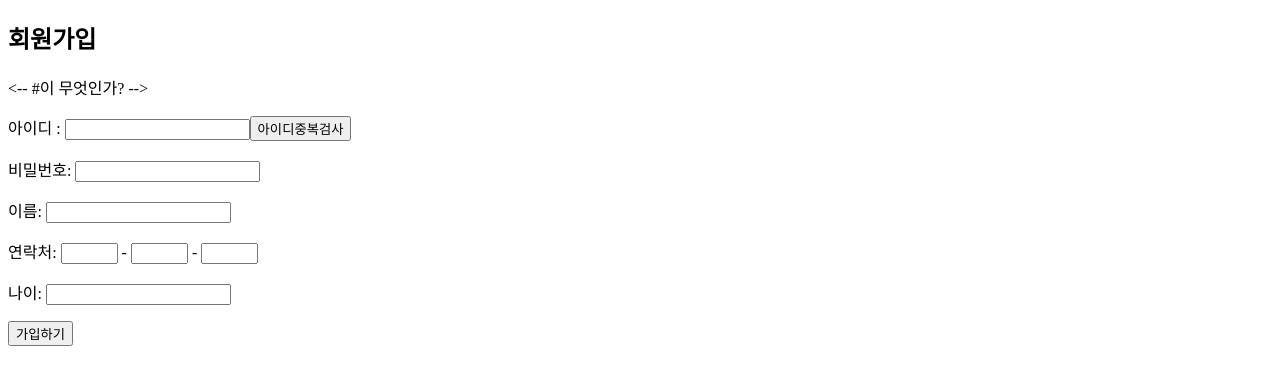
Repository: JaeYoon0935/lcom-servlet-jsp
Page: http://localhost/lcomputerstudy/newjoin.jsp
An editor plug-in stored every save of this project. The page is shown before and after the next save, followed by the edit.
The browser window is 1280 px wide. The pictures show the whole page.
The page is served by Tomcat 9.

Above is the page before, as saved 2020-09-17 13:07:47.

After the next save:
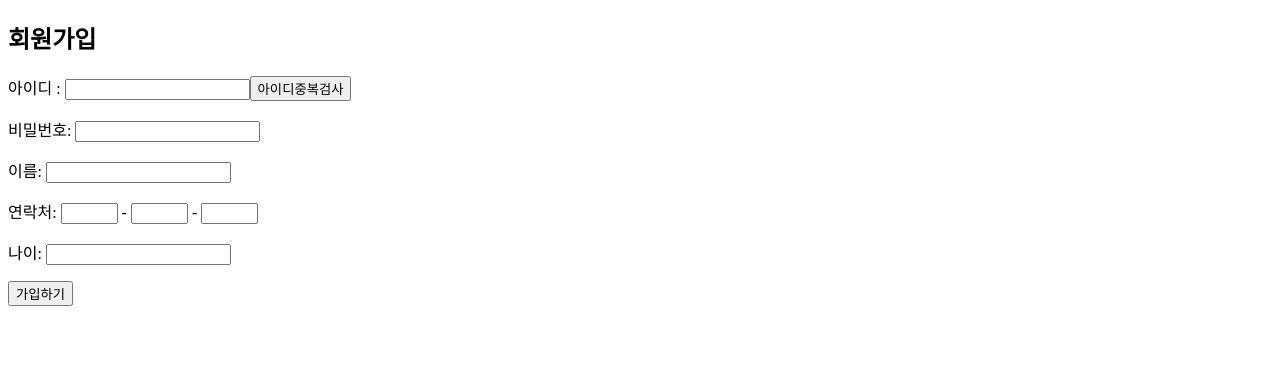
Saved 20 s later.
--- a/lcomputerstudy/WebContent/newjoin.jsp
+++ b/lcomputerstudy/WebContent/newjoin.jsp
@@ -9,7 +9,7 @@
 <body>
 	<h2>회원가입</h2>
 	<form action="#" name="user" method="post">
-	<-- #이 무엇인가? -->
+	<%-- #이 무엇인가? --%>
 	<p> 아이디 : <input type="text" name ="id"><input type="button" value ="아이디중복검사"></p>
 	<p> 비밀번호: <input type="password" name="password"></p>
 	<p> 이름: <input type="text" name="name">
